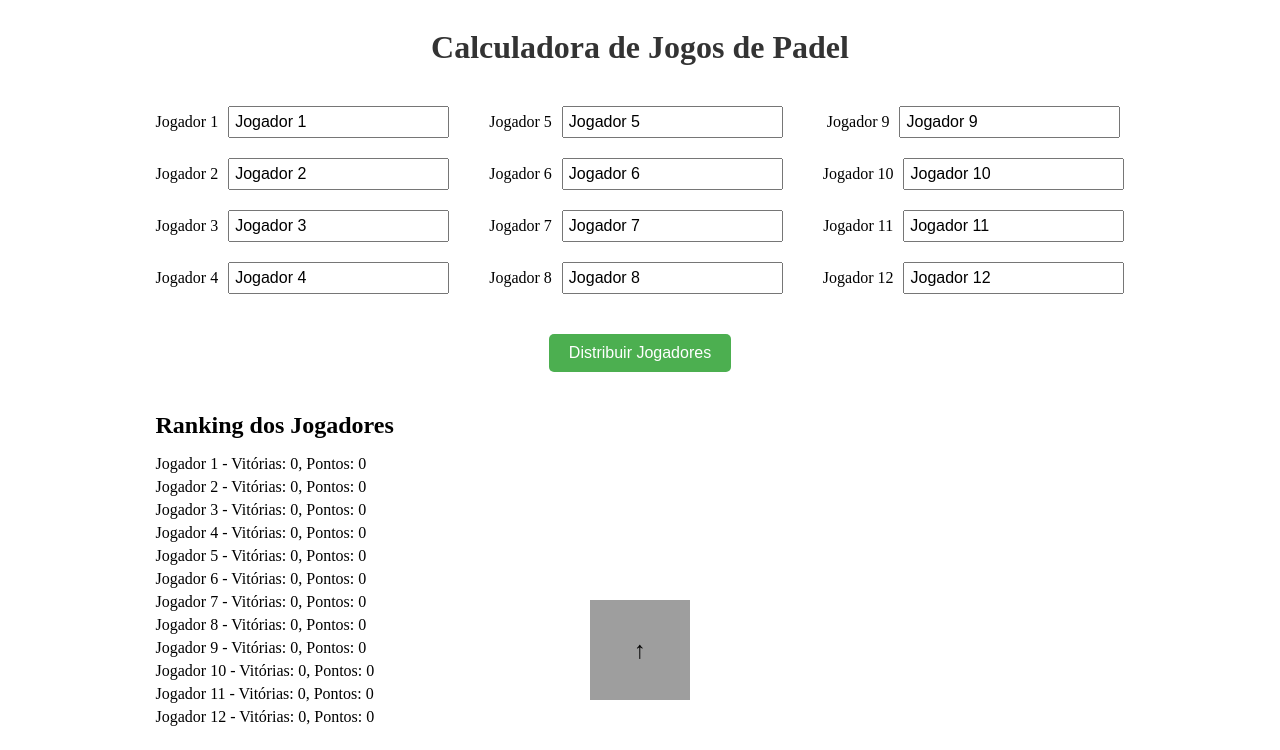
Repository: MarcioMiguel22/PadelMaster
Page: /calculadora
These files come from the project's save history. The page is drawn as it stood at one moment and after the next save; the edit follows.
The browser window is 1280 px wide. The pictures show the whole page.
Pictures or frames that could not be fetched are drawn as grey boxes. The project was rebuilt for these pictures with package versions that can differ from the ones it lists, and the page was loaded fresh each time. Also part of the build but not shown: vite.config.ts, src/pages/Home/Home.tsx, src/components/components_calculadora/Campo.tsx, src/components/components_calculadora/Jogo.tsx, src/index.css.

Above is the page before, as saved 2024-06-14 11:59:03.

### src/main.tsx
///home/marciomiguel/code/MarcioMiguel22/Sites/PadelMaster/src/main.tsx
import { render } from 'react-dom';
import { StrictMode } from 'react';
import App from './App';
import './index.css';

const root = document.getElementById('root')!;
render(
  <StrictMode>
    <App />
  </StrictMode>,
  root
);

### src/App.tsx

///home/marciomiguel/code/MarcioMiguel22/Sites/PadelMaster/src/App.tsx

import { BrowserRouter, Routes, Route } from 'react-router-dom';
import Home from './pages/Home/Home';
import Calculadora from './pages/Calculadora/Calculadora';

function App() {
  return (
    <BrowserRouter>
      <Routes>
        <Route path="/" element={<Home />} />
        <Route path="/calculadora" element={<Calculadora />} /> // Wrap Calculadora component with curly braces
      </Routes>
    </BrowserRouter>
  );
}

export default App

### src/pages/Calculadora/Calculadora.tsx
import React, { useState } from 'react';
import './Calculadora.css';
import JogadoresLista from '../../components/components_calculadora/JogadoresLista';
import Jogo from '../../components/components_calculadora/Jogo';
import Ranking from '../../components/components_calculadora/Ranking';
import { Jogador, Time, Campo as CampoType } from '../../utils/types/types'; // Importando os tipos
import { iniciarProximoJogo } from '../../components/components_calculadora/logic/gameLogic'; // Importando a função
import ScrollToTopButton from '../../components/components_calculadora/ScrollToTopButton'; // Importando o novo componente

const jogadoresIniciais: Jogador[] = Array.from({ length: 12 }, (_, i) => ({
  id: i + 1,
  nome: `Jogador ${i + 1}`,
  vitorias: 0,
  pontos: 0,
}));

const embaralharArray = <T,>(array: T[]): T[] => {
  const copiaArray = [...array];
  for (let i = copiaArray.length - 1; i > 0; i--) {
    const j = Math.floor(Math.random() * (i + 1));
    [copiaArray[i], copiaArray[j]] = [copiaArray[j], copiaArray[i]];
  }
  return copiaArray;
};

const criarTimes = (jogadores: Jogador[]): Time[] => {
  const jogadoresEmbaralhados = embaralharArray(jogadores);
  const times: Time[] = [];
  for (let i = 0; i < jogadoresEmbaralhados.length; i += 2) {
    times.push({ jogadores: jogadoresEmbaralhados.slice(i, i + 2), resultado: 0 });
  }
  return times;
};

const criarCampos = (times: Time[]): CampoType[] => [
  { id: 1, times: times.slice(0, 2) },
  { id: 2, times: times.slice(2, 4) },
  { id: 3, times: times.slice(4, 6) },
];

const CalculadoraApp: React.FC = () => {
  const [jogadores, setJogadores] = useState<Jogador[]>(jogadoresIniciais);
  const [jogos, setJogos] = useState<CampoType[][]>([]);

  const handleNomeChange = (id: number, novoNome: string) => {
    setJogadores(jogadores.map(jogador =>
      jogador.id === id ? { ...jogador, nome: novoNome } : jogador
    ));
  };

  const handleResultadoChange = (jogoIndex: number, campoId: number, timeIndex: number, novoResultado: number) => {
    setJogos(jogos.map((jogo, idx) =>
      idx === jogoIndex
        ? jogo.map(campo =>
            campo.id === campoId
              ? {
                  ...campo,
                  times: campo.times.map((time, index) =>
                    index === timeIndex ? { ...time, resultado: novoResultado } : time
                  ),
                }
              : campo
          )
        : jogo
    ));
  };

  const handleNomeEdit = (jogoIndex: number, campoId: number, timeIndex: number, jogadorIndex: number, novoNome: string) => {
    setJogos(jogos.map((jogo, idx) =>
      idx === jogoIndex
        ? jogo.map(campo =>
            campo.id === campoId
              ? {
                  ...campo,
                  times: campo.times.map((time, tIdx) =>
                    tIdx === timeIndex
                      ? {
                          ...time,
                          jogadores: time.jogadores.map((jogador, jIdx) =>
                            jIdx === jogadorIndex ? { ...jogador, nome: novoNome } : jogador
                          ),
                        }
                      : time
                  ),
                }
              : campo
          )
        : jogo
    ));
  };

  const distribuirJogadores = () => {
    const times = criarTimes(jogadores);
    const novosCampos = criarCampos(times);
    setJogos([novosCampos]);
  };

  const getTeamClass = (campo: CampoType, timeIndex: number): string => {
    if (campo.times.length < 2) return '';
    const resultadoAtual = campo.times[timeIndex].resultado;
    const resultadoOponente = campo.times[1 - timeIndex]?.resultado;
    if (resultadoAtual > resultadoOponente) return 'team vencedor';
    if (resultadoAtual < resultadoOponente) return 'team perdedor';
    return 'team';
  };

  const jogadoresClassificados = [...jogadores].sort((a, b) => {
    if (b.vitorias === a.vitorias) {
      return b.pontos - a.pontos;
    }
    return b.vitorias - a.vitorias;
  });

  return (
    <div className="calculadora-container">
      <h1>Calculadora de Jogos de Padel</h1>
      <div className="main-content">
        <JogadoresLista jogadores={jogadores} handleNomeChange={handleNomeChange} />
        <div className="fields-container">
          <button onClick={distribuirJogadores} className="distribute-button">Distribuir Jogadores</button>
          {jogos.map((jogo, jogoIndex) => (
            <Jogo
              key={jogoIndex}
              jogo={jogo}
              jogoIndex={jogoIndex}
              handleResultadoChange={handleResultadoChange}
              handleNomeEdit={handleNomeEdit}
              getTeamClass={getTeamClass}
            />
          ))}
        </div>
        {jogos.length > 0 && jogos.length < 5 && (
          <button onClick={() => iniciarProximoJogo(jogos, setJogos)} className="distribute-button">Jogo {jogos.length + 1}</button>
        )}
        <ScrollToTopButton />
        <Ranking jogadoresClassificados={jogadoresClassificados} />
      </div>
    </div>
  );
};

export default CalculadoraApp;

### src/pages/Home/Home.module.css
.padel-container {
  text-align: center;
  background-color: white;
  padding: 20px;
  border-radius: 10px;
  box-shadow: 0 0 10px rgba(0, 0, 0, 0.1);
}

h1 {
  color: #333;
  margin-bottom: 20px;
}

.padel-image {
  max-width: 50%;
  height: auto;
  border-radius: 10px;
  margin-bottom: 20px;
}

.enter-button {
  background-image: url('../../assets/images/tennis-ball.png'); /* Ensure the path is correct */
  background-size: cover;
  background-position: center;
  background-repeat: no-repeat;
  width: 60px;
  height: 60px;
  border: none;
  border-radius: 50%;
  cursor: pointer;
  padding: 0;
}

.enter-button:hover {
  transform: scale(1.1);
}

### src/pages/Calculadora/Calculadora.css
.calculadora-container {
  /* padding: 20px;
  text-align: center; */
  display: flex;
  flex-direction: column;
  align-items: center;
  gap: 20px;
}

.main-content {
  /* display: flex;
  flex-direction: column;
  align-items: center;*/
  gap: 20px;
}

.jogadores-lista {
  display: flex;
  flex-direction: row;
  justify-content: center;
  gap: 40px;
  /* margin-bottom: 20px; */

}

.jogadores-coluna {
  display: flex;
  flex-direction: column;
  align-items: center;
  gap: 10px;
}

.jogador-item {
  display: flex;
  align-items: center;
  margin-bottom: 10px;
}

.jogador-item label {
  margin-right: 10px;
}

.jogador-item input {
  padding: 5px;
  font-size: 16px;
}

.jogador-input {
  margin-right: 5px;
  padding: 5px;
  font-size: 16px;
  border: 1px solid #ccc;
  border-radius: 5px;
}

.distribute-button, .scroll-to-top {
  background-color: #4CAF50;
  color: white;
  padding: 10px 20px;
  border: none;
  border-radius: 5px;
  cursor: pointer;
  font-size: 16px;
  margin-top: 10px;
}

.distribute-button:hover, .scroll-to-top:hover {
  background-color: #45a049;
}

.fields-container {
  display: flex;
  flex-direction: column;
  align-items: center;
  margin-top: 20px;
}

.jogo {
  margin-bottom: 40px;
}

.campos {
  display: flex;
  justify-content: space-around;
}

.field {
  background-color: #f9f9f9;
  padding: 20px;
  border-radius: 10px;
  box-shadow: 0 0 10px rgba(0, 0, 0, 0.1);
  width: 30%;
}

.field h2 {
  margin-top: 0;
}

.team {

  list-style-type: none;
  padding: 5px;
  background-color: #fff;
  margin: 5px 0;
  border-radius: 5px;
  box-shadow: 0 0 5px rgba(0, 0, 0, 0.1);
  width:fit-content; /* Ajuste o valor conforme necessário */
}


.team.vencedor {
  background-color: #d4edda; /* Verde claro */
}

.team.perdedor {
  background-color: #f8d7da; /* Vermelho claro */
}

.team div {
  display: flex;
  align-items: center;
}

.team input.resultado-input {
  margin-left: 10px;
  width: 45px;
  padding: 5px;
  font-size: 16px;
}

.ranking-container {
  margin-top: 40px;
}

.ranking-container h2 {
  margin-bottom: 10px;
}

.ranking-container ul {
  list-style-type: none;
  padding: 0;
}

.ranking-container li {
  margin: 5px 0;
}

### src/components/components_calculadora/JogadoresLista.tsx
import React from 'react';
import JogadorItem from './JogadorItem';
import { Jogador } from '../../utils/types/types'; // Importando o tipo Jogador

interface JogadoresListaProps {
  jogadores: Jogador[];
  handleNomeChange: (id: number, novoNome: string) => void;
}

const JogadoresLista: React.FC<JogadoresListaProps> = ({ jogadores, handleNomeChange }) => (
  <div className="jogadores-lista">
    {Array.from({ length: 3 }, (_, i) => (
      <div className="jogadores-coluna" key={i}>
        {jogadores.slice(i * 4, (i + 1) * 4).map(jogador => (
          <JogadorItem
            key={jogador.id}
            jogador={jogador}
            handleNomeChange={handleNomeChange}
          />
        ))}
      </div>
    ))}
  </div>
);

export default JogadoresLista;

### src/components/components_calculadora/Ranking.tsx
import React from 'react';

interface Jogador {
  id: number;
  nome: string;
  vitorias: number;
  pontos: number;
}

interface RankingProps {
  jogadoresClassificados: Jogador[];
}

const Ranking: React.FC<RankingProps> = ({ jogadoresClassificados }) => (
  <div className="ranking-container">
    <h2>Ranking dos Jogadores</h2>
    <ul>
      {jogadoresClassificados.map((jogador) => (
        <li key={jogador.id}>
          {jogador.nome} - Vitórias: {jogador.vitorias}, Pontos: {jogador.pontos}
        </li>
      ))}
    </ul>
  </div>
);

export default Ranking;

### src/components/components_calculadora/logic/gameLogic.ts
import { Jogador, Campo as CampoType } from '../../../utils/types/types';

export const separarDuplas = (jogadores: Jogador[]): Jogador[] => {
  const separados: Jogador[] = [];
  while (jogadores.length) {
    const [jogador1, jogador2] = jogadores.splice(0, 2);
    separados.push(jogador1);
    if (jogador2) separados.push(jogador2);
  }
  return separados;
};

export const iniciarProximoJogo = (jogos: CampoType[][], setJogos: React.Dispatch<React.SetStateAction<CampoType[][]>>) => {
  const ultimoJogo = jogos[jogos.length - 1];
  const novosCampos: CampoType[] = [
    { id: 1, times: [] },
    { id: 2, times: [] },
    { id: 3, times: [] },
  ];

  const campo1 = ultimoJogo.find(campo => campo.id === 1);
  const campo2 = ultimoJogo.find(campo => campo.id === 2);
  const campo3 = ultimoJogo.find(campo => campo.id === 3);

  if (campo1 && campo2 && campo3) {
    const [time1Campo1, time2Campo1] = campo1.times;
    const [time1Campo2, time2Campo2] = campo2.times;
    const [time1Campo3, time2Campo3] = campo3.times;

    // Vencedores e perdedores dos campos
    const vencedoresCampo1 = time1Campo1.resultado > time2Campo1.resultado ? time1Campo1.jogadores : time2Campo1.jogadores;
    const perdedoresCampo1 = time1Campo1.resultado > time2Campo1.resultado ? time2Campo1.jogadores : time1Campo1.jogadores;

    const vencedoresCampo2 = time1Campo2.resultado > time2Campo2.resultado ? time1Campo2.jogadores : time2Campo2.jogadores;
    const perdedoresCampo2 = time1Campo2.resultado > time2Campo2.resultado ? time2Campo2.jogadores : time1Campo2.jogadores;

    const vencedoresCampo3 = time1Campo3.resultado > time2Campo3.resultado ? time1Campo3.jogadores : time2Campo3.jogadores;
    const perdedoresCampo3 = time1Campo3.resultado > time2Campo3.resultado ? time2Campo3.jogadores : time1Campo3.jogadores;

    // Atualizar pontuação dos jogadores
    const margemVitoriaCampo1 = Math.abs(time1Campo1.resultado - time2Campo1.resultado);
    const margemVitoriaCampo2 = Math.abs(time1Campo2.resultado - time2Campo2.resultado);
    const margemVitoriaCampo3 = Math.abs(time1Campo3.resultado - time2Campo3.resultado);

    vencedoresCampo1.forEach(jogador => {
      jogador.vitorias += 1;
      jogador.pontos += margemVitoriaCampo1;
    });

    vencedoresCampo2.forEach(jogador => {
      jogador.vitorias += 1;
      jogador.pontos += margemVitoriaCampo2;
    });

    vencedoresCampo3.forEach(jogador => {
      jogador.vitorias += 1;
      jogador.pontos += margemVitoriaCampo3;
    });

    // Campo 1: vencedores do campo 1 e vencedores do campo 2
    novosCampos[0].times.push(
      { jogadores: [vencedoresCampo1[0], vencedoresCampo2[0]], resultado: 0 },
      { jogadores: [vencedoresCampo1[1], vencedoresCampo2[1]], resultado: 0 }
    );

    // Campo 2: perdedores do campo 1 e vencedores do campo 3
    novosCampos[1].times.push(
      { jogadores: [perdedoresCampo1[0], vencedoresCampo3[0]], resultado: 0 },
      { jogadores: [perdedoresCampo1[1], vencedoresCampo3[1]], resultado: 0 }
    );

    // Campo 3: perdedores do campo 2 e perdedores do campo 3
    novosCampos[2].times.push(
      { jogadores: [perdedoresCampo2[0], perdedoresCampo3[0]], resultado: 0 },
      { jogadores: [perdedoresCampo2[1], perdedoresCampo3[1]], resultado: 0 }
    );
  }

  setJogos([...jogos, novosCampos]);
};

### src/components/components_calculadora/ScrollToTopButton.tsx
import React from 'react';
import tennisBall from '../../assets/images/tennis-ball.png';
import styles from './ScrollToTopButton.module.css'; // Importando o arquivo CSS Module

const ScrollToTopButton: React.FC = () => {
  const scrollToTop = () => {
    window.scrollTo({ top: 0, behavior: 'smooth' });
  };

  return (
    <button onClick={scrollToTop} className={styles.scrollToTop}>
      <img src={tennisBall} alt="Tennis Ball" className={styles.tennisBall} />
      <span className={styles.arrowUp}>↑</span>
    </button>
  );
};

export default ScrollToTopButton;

### src/components/components_calculadora/JogadorItem.tsx
import React from 'react';
import { Jogador } from '../../utils/types/types'; // Importando o tipo Jogador

interface JogadorItemProps {
  jogador: Jogador;
  handleNomeChange: (id: number, novoNome: string) => void;
}

const JogadorItem: React.FC<JogadorItemProps> = ({ jogador, handleNomeChange }) => (
  <div className="jogador-item">
    <label>{`Jogador ${jogador.id}`}</label>
    <input
      type="text"
      value={jogador.nome}
      onChange={(e) => handleNomeChange(jogador.id, e.target.value)}
    />
  </div>
);

export default JogadorItem;

### src/components/components_calculadora/ScrollToTopButton.module.css
.scrollToTop {
  position: fixed;
  bottom: 20px;
  left: 50%;
  transform: translateX(-50%);
  width: 100px;
  height: 100px;
  border: none;
  background: none;
  cursor: pointer;
  display: flex;
  align-items: center;
  justify-content: center;
}

.tennisBall {
  width: 100%;
  height: 100%;
  position: absolute;
}

.arrowUp {
  position: absolute;
  font-size: 24px;
  color: rgb(5, 5, 5);
  font-weight: bold;
  z-index: 1;
}

Loaded but not shown: index.html (common file)

After the next save:
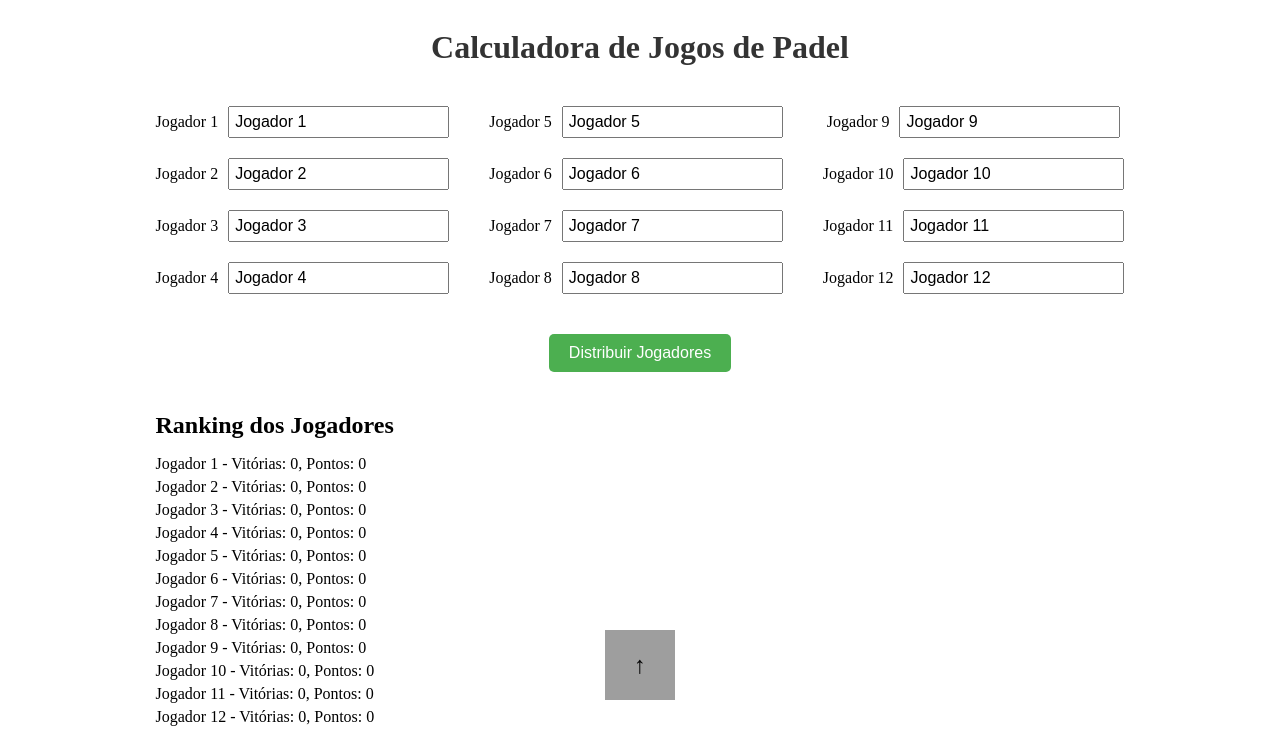
Saved 17 s later.
--- a/src/components/components_calculadora/ScrollToTopButton.module.css
+++ b/src/components/components_calculadora/ScrollToTopButton.module.css
@@ -3,8 +3,8 @@
   bottom: 20px;
   left: 50%;
   transform: translateX(-50%);
-  width: 100px;
-  height: 100px;
+  width: 70px;
+  height: 70px;
   border: none;
   background: none;
   cursor: pointer;
